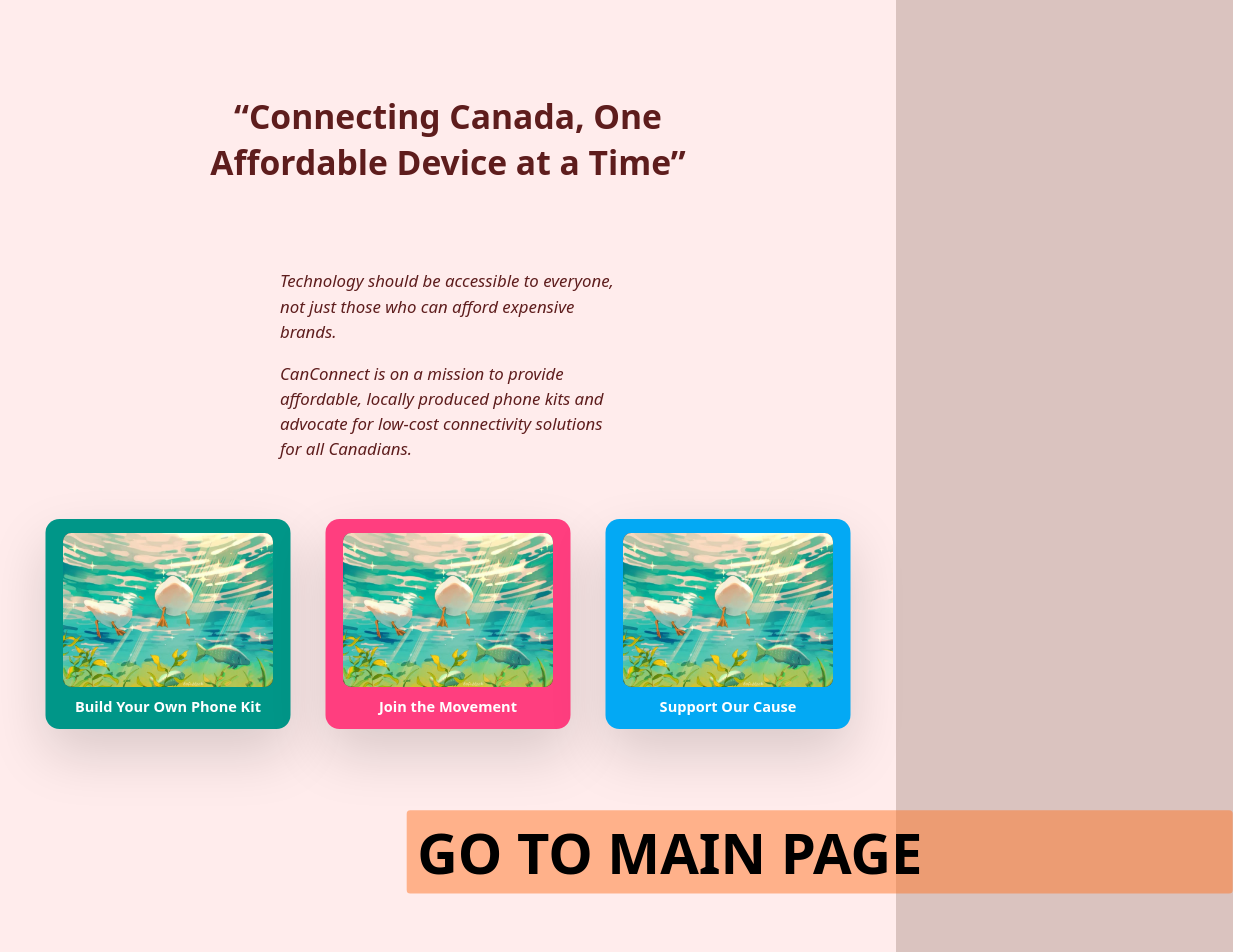
Repository: katelynyew/communityWebsite
Page: index.html
These files come from the project's save history. The page is drawn as it stood at one moment and after the next save; the edit follows.
The browser window is 1280 px wide. The page is 1761 px wide, so the pictures cover 1761 px, including what lies to the right of the window. The pictures show the part of the page from y = 2339 to 3699 px (the page is 3699 px tall), at 70% of full size.
The pointer rests on the first visible `.home`.
Some web fonts or font styles are not loaded; a fallback is used. Some web libraries are served in a nearby version.

Above is the page before, as saved 2025-04-03 03:26:08.

### index.html
<!DOCTYPE html>
<html lang="en">
<head>
  <meta charset="UTF-8">
  <meta name="viewport" content="width=device-width, initial-scale=1.0">
  <link rel="stylesheet" href="./style.css" />

  <link rel="preconnect" href="https://fonts.googleapis.com">
  <link rel="preconnect" href="https://fonts.gstatic.com" crossorigin><link href="https://fonts.googleapis.com/css2?family=Ranchers&display=swap" rel="stylesheet">

  <title>Canconnect</title>
</head>
<body>

    <div class="landing">
      <!-- <nav>
        <h1 id="logo">CANConnect</h1>
        <a href="index.html">
          <img id="logo-img1" src="./can1.png" alt="CanConnect Logo" id="logo" />
        </a>
        <u1 class="nav-links">
          <li><a href="index.html" onclick="location.reload(); return false;">Home</a></li>
          <li><a href="https://sites.google.com/my.yorku.ca/canconnect/home">About Us</a></li>
          <li><a href="https://sites.google.com/my.yorku.ca/canconnect/tech-reshare-program?authuser=0">Our Project</a></li>
          <li><a href="https://sites.google.com/my.yorku.ca/canconnect/get-involved?authuser=0">Get Involved</a></li>
          <li><a href="https://sites.google.com/my.yorku.ca/canconnect/news-updates?authuser=0">News & Updates</a></li>
          <li><a href="https://sites.google.com/my.yorku.ca/canconnect/our-team?authuser=0">Staff</a></li>
          <li><a href="https://sites.google.com/my.yorku.ca/canconnect/connect?authuser=0">Contact Us</a></li>
        </u1>
      </nav> -->
      <div class="header">
        <div class="letters">
          <img id="logo-img2" src="can2.png" alt="CanConnect Logo">
          <!-- <h1 class="title">CANConnect</h1> -->
          <h2 class="big-text">“Connecting Canada, One Affordable Device at a Time”</h2>
        </div>
      </div>
      <div class="website-content">
        <div class="img-holder">
          <img src="./back.jpg" alt="Description of the image"/>
        </div>
      </div>
    </div>


  <div class="content-holder">
    <div class="intro-text">

      <h1 class="sub">
        “Connecting Canada, One Affordable Device at a Time”
      </h1>
      <p class="hide">
        <span class="text">Technology should be accessible to everyone, not just those who can afford expensive
          brands.</span>
      </p>

      <p class="hide">
        <span class="text">CanConnect is on a mission to provide affordable, locally produced phone kits and advocate for low-cost connectivity solutions for all Canadians.</span>
      </p>
    </div>
  </div>
  <div class="slider"></div>

  <div class="container">
    <div class="card" style="--clr:#009688;">
      <div class="cardimg">
        <img src="./card.jpeg" alt="">
      </div>
      <div class="card-content">
        <h2>Build Your Own Phone Kit</h2>
        <p>Empower yourself with affordable tech-build your own phone kit with CanConnect.</p>
        <a href="#">– Learn More</a>
      </div>
    </div>
    <div class="card" style="--clr:#ff3e7f;">
      <div class="cardimg">
        <img src="./card.jpeg" alt="">
      </div>
      <div class="card-content">
        <h2>Join the Movement</h2>
        <p>Want to be a part of the movement? Check out how you can help:</p>
        <a href="#">– Get involved</a>
      </div>
    </div>
    <div class="card" style="--clr:#03a9f4;">
      <div class="cardimg">
         <img src="./card.jpeg" alt="">
      </div>
      <div class="card-content">
        <h2>Support Our Cause</h2>
        <p>Support us in making technology more affordable for all.</p>
        <a href="#">– Donate today</a>
      </div>
    </div>
    <div class="home">
      <a href="https://sites.google.com/my.yorku.ca/canconnect/home">GO TO MAIN PAGE</a>
    </div>
  </div>



<script src="https://cdnjs.cloudflare.com/ajax/libs/gsap/3.8.0/gsap.min.js"></script>
<script src="https://cdnjs.cloudflare.com/ajax/libs/gsap/3.8.0/ScrollTrigger.min.js"></script>
<script src="./script.js"></script>

</body>
</html>

### style.css
*{
    margin: 0;
    padding: 0;
    box-sizing: border-box;
}
main {
    font-family: "Noto Sans", sans-serif;
}
html {
    overscroll-behavior: none;
}



html, body {
    font-family: "Noto sans", sans-serif;
    height: 100%;
    background-color: rgb(218, 195, 191);

}


.landing{
    min-height: 100vh;
    background-color: rgb(218, 195, 191);
    background-size: cover;
    display: flex;
    flex-direction: column;
    justify-content: top;
    align-content: flex-start;
    z-index: 2;
}
img {
    width: 100%;
    height: 100%;
    object-fit: cover;

}
nav {
    position: fixed;
    top: 0;
    right: 0;
    display: flex;
    align-items: center;
    justify-content: space-between;
    min-height: 10vh;
    max-width: 1200px; /* Prevents the nav from expanding too much */
    z-index: 20;


}


.nav-links {
    display: flex;  /* place the items side by side*/
    list-style: none;   /* get rid of bullet point*/
    gap: 2rem;  /* gap between each nav li element*/
    padding: 2em;

}

.nav-links li {
    /* padding-left: 10rem; */
    font-size: 1rem;
    font-weight: lighter;
    list-style: none;
    display: inline-block;
    padding: 5px 15px;
    border-radius: 5px;


}
.nav-links li:hover {
    border-color: #009688; /* Make border visible on hover */
    background-color: rgba(137, 2, 2, 0.475); /* Light background effect */
}

.nav-links li a {
    text-decoration: none; /* Remove underline */
    color: black; /* Change text color */
    font-weight: bold;
    display: block;
  }

#logo{
    position: fixed;
    top: 0;
    left: 100px;
    min-height: 10vh;
    padding: 20px 5px;
    font-family: "Noto Sans", sans-serif;
    font-weight: heavier;
    font-size: 2rem;
    z-index: 1000;


}
#logo-img1 {
    position: fixed; /* Keeps it in place even when scrolling */
    top: 0; /* Aligns to the very top */
    left: 50px; /* Aligns to the very left */
    max-width: 50px; /* Adjust size as needed */
    height: auto;
    padding: 10px; /* Adds some spacing */
}
#logo-img2 {
    max-width: 1000px;
    height: auto;
    display: block;
    margin: 0 auto;
}

.header {
    position: fixed;
    top: 5%;
    left: 0%;
    display: flex;
    width: 100%;
    z-index: 40;


}
.letters {
    flex: 1;
    display: flex;
    flex-direction: column; /*stacks children vertically */
    align-items: center;
    text-transform: uppercase;

}


.big-text {
    position: relative;
    font-size: 2rem;
    font-weight: heavier;
    text-align: center;
    color: rgb(202, 27, 27);
    margin: 2em 0em;
    top: 0rem;
    z-index: 40;

}

.website-content {

    position: relative;
    padding-top: 10em;
    width: 100%;
    height: 100%;

}

.img-holder {
    background-color: rgb(255, 235, 232);
    margin: 3em 0em;
    position: relative;
    top: 0%;
    width: 100%;
    height: 100vh;
    background: rgb(140, 229, 91);
    clip-path: polygon(37.5% 20%, 62.5% 20%, 62.5% 50%, 37.5% 50%);
    z-index: 10;
}

.img-holder img {
    position: relative;
    top: 0;
    left: 10px;
    transform: scale(1.1);
    height: 100vh;


}

.content-holder {
    position: relative;
    top: 170vh;
    width: 100%;
    background: rgb(255, 233, 233);
    color: white;
    margin-top: 17rem;
    margin-bottom: 8em;
    z-index: 6;
}
.intro-text {
    background: rgb(255, 236, 236);
    position: relative;
    top: 0%;
    width: 100%;
    height: 100vh;
    display: flex;
    flex-direction: column;
    justify-content: flex-start;
    align-items: center;
    color: rgb(94, 29, 29);
    font-family: "Noto Sans", sans-serif;
    padding: 10em 10em;

}
.sub {
    padding: 1em 2em;
    margin: 1em 1em;
    font-size: 3rem;
    text-align: center;
    width: 100%;
}
.intro-text p {
    margin-top: 1em;
    font-size: 1.5rem;
    width: 50%;
    text-align: left;
    line-height: 1.5;
    font-style: italic;
    font-weight: heavier;
}

.container {
    top:150vh;
    background-color: rgb(255, 236, 236);
    position: relative;
    display: flex;
    justify-content: center;
    align-items: center;
    flex-wrap: wrap;
    gap: 100px 50px;
    padding: 100px 50px;
    padding-top: 10rem;
    margin: 8em 0em;
}

.container  .card {
    position: relative;
    display: flex;
    justify-content: center;
    align-items: flex-start;
    width: 350px;
    height: 300px;
    background-color: var(--clr);
    border-radius: 20px;
    box-shadow: 0 35px 80px rgba(0,0,0,0.15);
    transition: 0.5s;
    overflow: hidden;

}
.container  .card:hover {
    height: 400px;
}
.container  .card   .cardimg {
    position: absolute;
    top: 20px;
    width: 300px;
    height: 220px;
    background: #333;
    border-radius: 12px;
    overflow: hidden;
    transition: 0.5s;
}

.container  .card:hover .cardimg {
    top: -100px;
    scale: 0.75;
    box-shadow: 0 15px 45px rgba(0,0,0,0.2);
}
.container  .card   .cardimg img {
    position: absolute;
    top: 0;
    left: 0;
    width: 100%;
    height: 100%;

    object-fit: cover;
}

.container  .card   .card-content {
    position: absolute;
    top: 252px;
    width: 100%;
    padding: 0 30px;
    height: 35px;
    overflow: hidden;
    text-align: center;
    transition: 0.5s;
    display: flex;
    flex-direction: column;
    justify-content: left;
    align-items: center;
}

.container  .card:hover .card-content {
    top: 130px;
    height: 250px;

}
.container  .card   .card-content h2 {
    font-size: 1.3em;
    font-weight: 700;
    color: white;
    line-height: 2rem;
}

.container  .card   .card-content p {
    font-size: 1em;
    text-align: left;
    color: #f8e9e9;
    padding: 5em 0em;


}
.container  .card   .card-content a {
    position: relative;
    top: 15px;
    display: inline-block;
    padding: 12px 25px;
    background: rgb(100, 64, 64);
    color: white;
    font-weight: 500;
    text-decoration: none;
    border-radius: 8px;
}

.home {
    position: relative;
    left: 45%;
    top: 1rem;
    width: 100%;
    font-size: 10rem;
    color: black;
    font-size: 5rem;
    font-weight: lighter;
    list-style: none;
    display: inline-block;
    padding: 5px 15px;
    border-radius: 5px;

}

.home:hover {
    border-color: #009688; /* Make border visible on hover */
    background-color: rgba(255, 113, 31, 0.475); /* Light background effect */
}

.home a {
    text-decoration: none; /* Remove underline */
    color: black; /* Change text color */
    font-weight: bold;
    display: block;
  }

/* .hide {
    background: black;
    overflow: hidden;
}
*/
/*
.hide span{         /*move down the hide
    transform: translateY(100%);
    display: inline-block;  /*span is inline element
}
*/

### script.js
const tl = gsap.timeline({defaults: {ease: 'power1.out'}});


// tl.to('.slider', {y: "-100%", duration: 1.5, delay: 0.5});
// tl.to(".intro", {y: "-100%", duration: 1}, "-=1");  /*   -=1 means start one sec faster*/
// tl.fromTo("nav", {opacity: 0}, {opacity: 1, duration: 1});
// tl.fromTo(".big-text", {opacity: 0}, {opacity: 1, duration: 1});

gsap.registerPlugin(ScrollTrigger);

document.addEventListener("DOMContentLoaded", function() {
    const contentHolderHeight = document.querySelector(".content-holder").offsetHeight;
    const imgHolderHeight = window.innerHeight;
    const additionalScrollHeight = window.innerHeight;


    const totalBodyHeight = contentHolderHeight + imgHolderHeight + additionalScrollHeight;
    document.body.style.height = `${totalBodyHeight}px`;
});

// Reset the page when it loads
window.addEventListener('load', () => {
    // Reset any GSAP animations or properties
    gsap.set("nav", { opacity: 0 });  // Set nav to invisible
    gsap.set(".header", { opacity: 1 });  // Reset header to visible
    gsap.set(".website-content", { position: 'absolute', top: 'auto' });  // Reset the position of website content

    // Ensure ScrollTrigger resets
    ScrollTrigger.refresh();
});

// Initially set the nav to be invisible
gsap.set("nav", { opacity: 0 });

// ScrollTrigger to fade in the nav after scrolling past the website-content section
gsap.to("nav", {
    opacity: 1,  // Fade in the nav
    scrollTrigger: {
        trigger: ".website-content",  // Trigger after the website-content section
        start: "bottom top",  // Start when the bottom of .website-content hits the top of the viewport
        end: "bottom top",  // Continue for the entire scroll of website-content

        markers: false,  // Optional: Remove if you don't need markers
        toggleActions: "play none none reverse", // Re-trigger on scroll
    }
});

// ScrollTrigger to fade out the nav after scrolling back up
gsap.to("nav", {
    opacity: 0,  // Fade out the nav
    scrollTrigger: {
        trigger: ".website-content",  // Trigger after the website-content section
        start: "top top",  // Start when the top of .website-content hits the top of the viewport
        end: "+=100%",  // Continue for the entire scroll of website-content
        scrub: 0.5,
        markers: false,  // Optional: Remove if you don't need markers
        toggleActions: "reverse none none play", // Re-trigger on scroll
    }
});

// ScrollTrigger for fading out header
gsap.to(".big-text", {
    opacity: 0,  // Fade out
    scrollTrigger: {
        trigger: ".website-content",
        start: "top top",  // Start fading out when the top of the website-content reaches the top of the viewport
        end: "+=100%",  // Keep fading out while scrolling further
        scrub: 1,  // Smooth transition based on scroll
        onEnter: () => gsap.to(".big-text", { opacity: 0, duration: 1 }),
        onLeaveBack: () => gsap.to(".big-text", { opacity: 1, duration: 1 }),  // Fade in when scrolling back

    }
});

gsap.to("#logo-img2", {
    y: "-200px", // Move the title up
    duration: 1,
    ease: "power1.out",
    scrollTrigger: {
        trigger: ".website-content",
        start: "top top", // Start when .title is near the top of the viewport
        end: "+=100%", // End when it reaches this position
        scrub: 1, // Smooth animation
        markers: false // Set to true if you want to see scroll markers
    }
});

ScrollTrigger.create({
    trigger: ".website-content",
    start: "-0.1% top",
    end: "bottom bottom",
    onEnter: () => {
        gsap.set(".website-content", { position: 'fixed', top: '0' });
    },

    onLeaveBack: () => {
        gsap.set(".website-content", { position: 'absolute', top: 'auto' });
    }

});



gsap.to(".img-holder", {
    //scale: 1,
    rotation: 0,
    clipPath: 'polygon(0% 0%, 100% 0%, 100% 100%, 0% 100%)',
    ease: "power2.inOut",
    trigger: ".img-holder",
    scrollTrigger: {
        start: "top top",
        end: `+=200%`,
        scrub: 1,

    }
});

ScrollTrigger.create({
    trigger: ".img-holder",
    start: "top top",
    end: "+=200%",
    pin: true,
    anticipatePin: 1,
    onLeave: () => {
        gsap.set(".website-content", { position: "absolute", top: "auto" }); // Unpin the image
    },
    onLeaveBack: () => {
        gsap.set(".website-content", { position: "absolute", top: "auto" }); // Ensure the image scrolls back properly
    }

});

// gsap.to(".header .letters:first-child", {
//     x: () => -innerWidth *3,
//     scale: 10,
//     ease: "power2.inOut",
//     scrollTrigger: {
//         start: "top top",
//         end: `+=200%`,
//         scrub: 1
//     }
// });
// gsap.to(".header .letters:last-child", {
//     x: () => innerWidth *3,
//     scale: 10,
//     ease: "power2.inOut",
//     scrollTrigger: {
//         start: "top top",
//         end: `+=200%`,
//         scrub: 1
//     }
// });

After the next save:
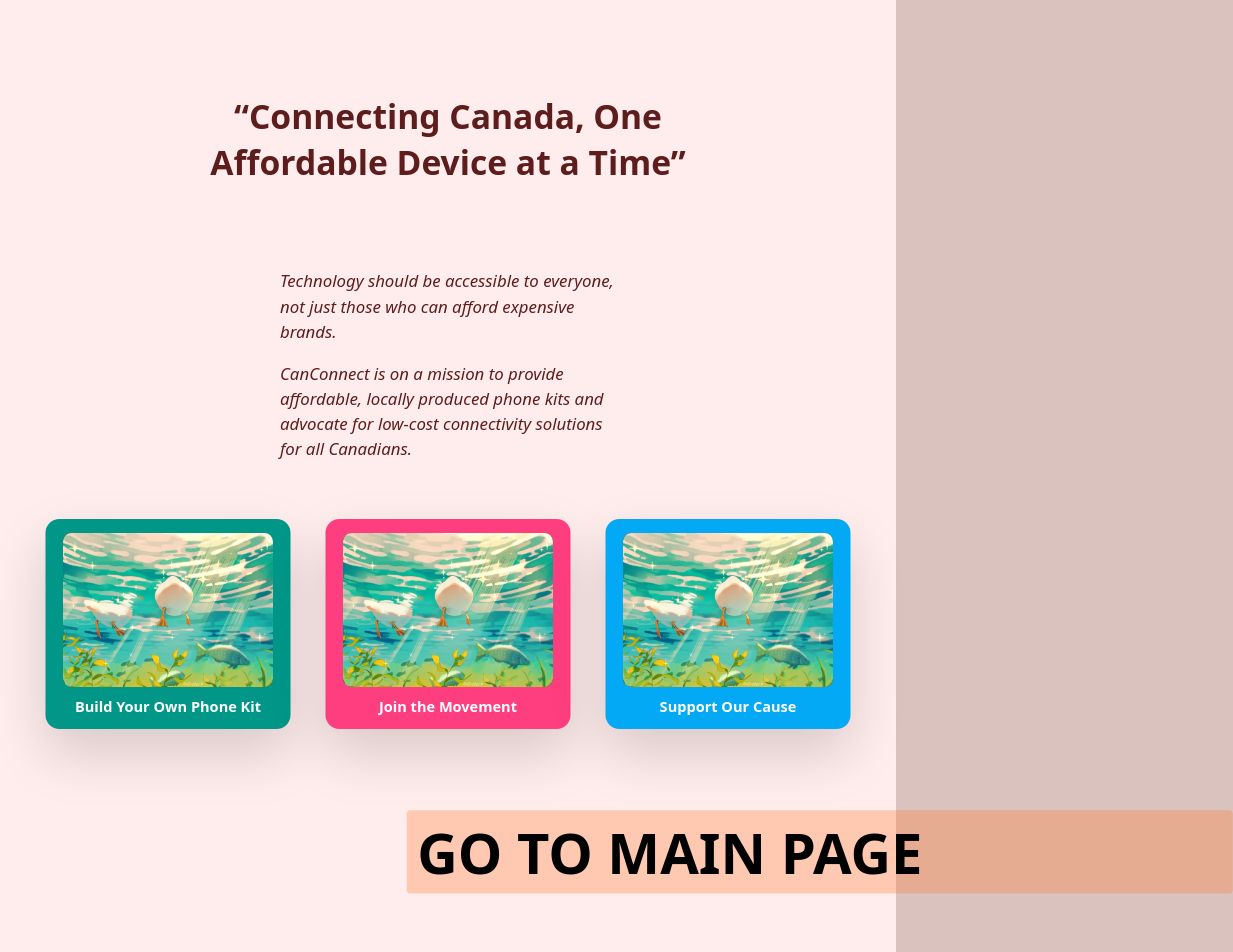
Saved 8 s later.
--- a/style.css
+++ b/style.css
@@ -337,7 +337,7 @@
 
 .home:hover {
     border-color: #009688; /* Make border visible on hover */
-    background-color: rgba(255, 113, 31, 0.475); /* Light background effect */
+    background-color: rgba(255, 113, 31, 0.292); /* Light background effect */
 }
 
 .home a {
